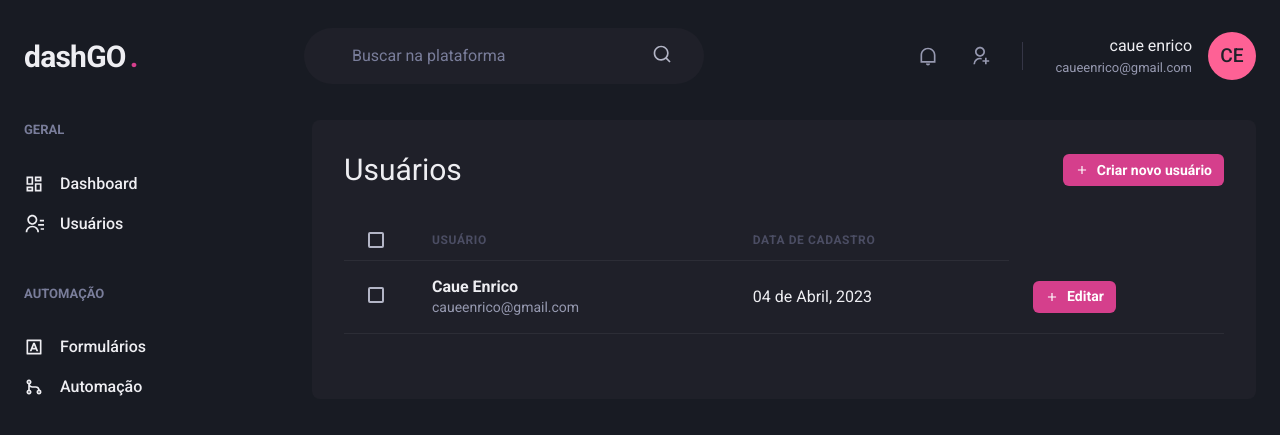
Repository: caueenrico/DashGO
Page: /user
These files come from the project's save history. The page is drawn as it stood at one moment and after a run of saves; the edit follows.
The browser window is 1280 px wide. The pictures show the whole page.
The project was rebuilt for these pictures with package versions that can differ from the ones it lists, and the page was loaded fresh each time. The framework's server and built-in components were replaced by stand-ins that run in the browser. Also part of the build but not shown: next.config.js.

Above is the page before, as saved 2023-03-15 10:57:33.

After the next 2 saves:
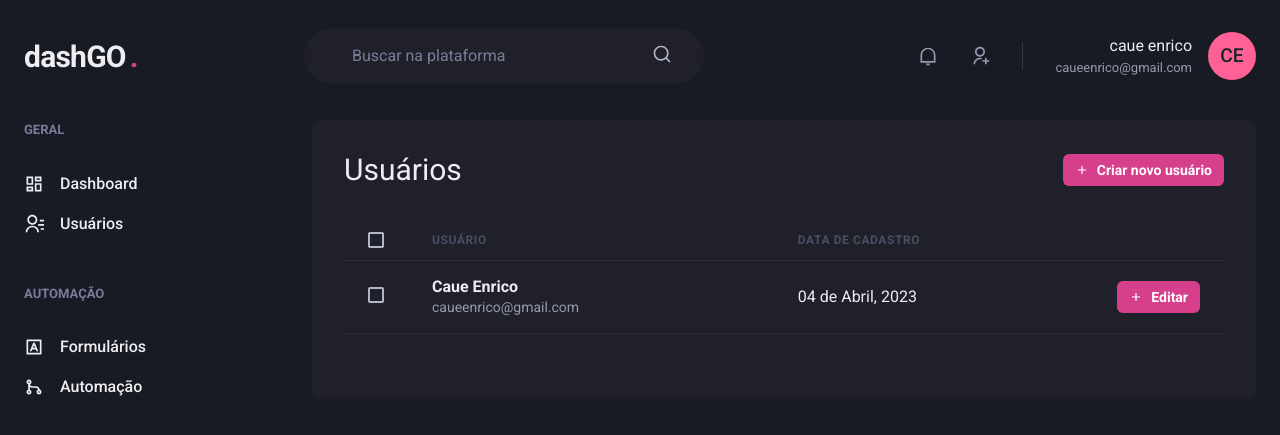
The 2 saves are shown as one change because they came seconds apart.
The last was saved 17 s later.
--- a/src/pages/user/index.tsx
+++ b/src/pages/user/index.tsx
@@ -30,6 +30,7 @@ export default function UserList() {
                 </Th>
                 <Th>Usuário</Th>
                 <Th>Data de cadastro</Th>
+                <Th w="8"></Th>
               </Tr>
             </Thead>
 
